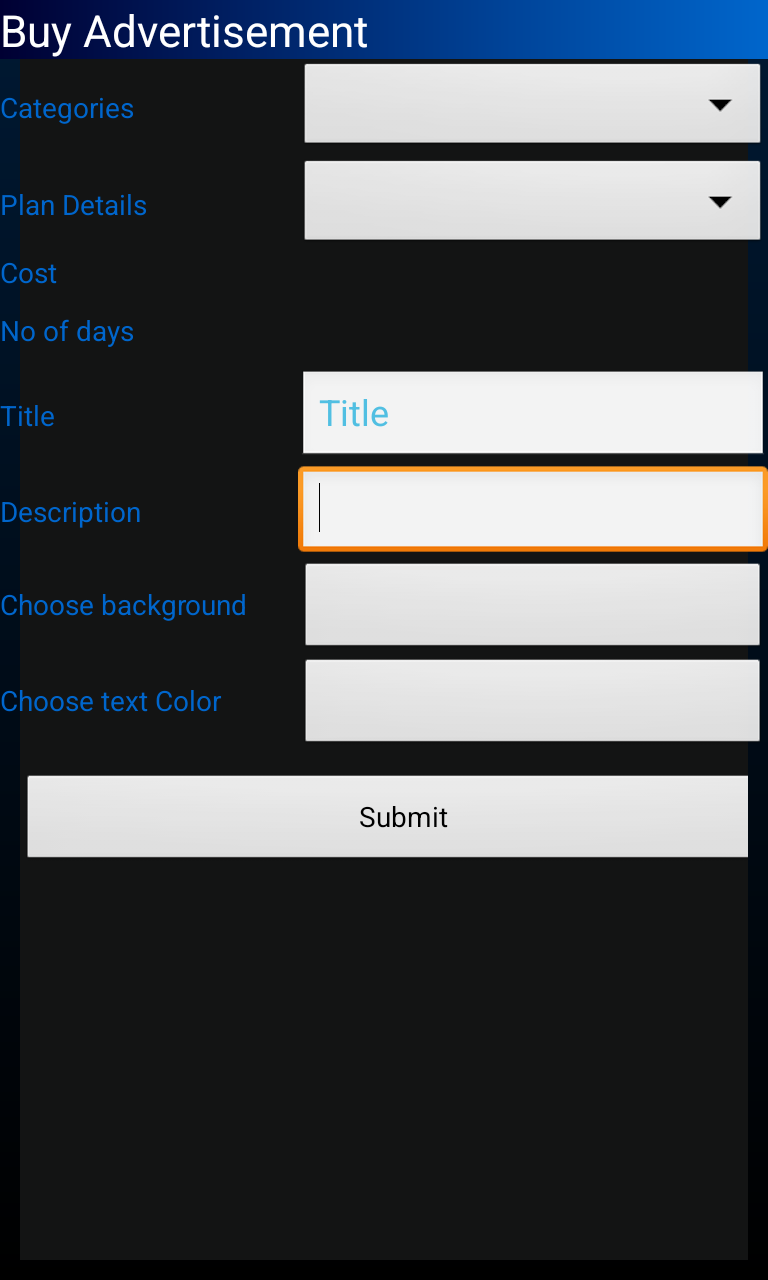
Repository: jasleen1291/B2BMobileApplication
Layout: Mobile E Commerce/B2B/res/layout/fragment_buy_advertisement.xml
The author's editor kept a copy of each file at every save. The layout is drawn from the files as they stood at one save, then again after the next save.
It is drawn on a 768 x 1280 px phone screen (xhdpi) without system bars, with theme mycustomtheme; the app's code is not run.

Above is the layout before, as saved 2013-05-26 14:34:14.

### Mobile E Commerce/B2B/res/layout/fragment_buy_advertisement.xml
<FrameLayout xmlns:android="http://schemas.android.com/apk/res/android"
    xmlns:tools="http://schemas.android.com/tools"
    android:layout_width="match_parent"
    android:layout_height="match_parent"
    tools:context=".BuyAdvertisement" >

    <!-- TODO: Update blank fragment layout -->
<ScrollView
    android:layout_width="match_parent"
    android:layout_height="match_parent">
<LinearLayout
   android:layout_width="match_parent"
    android:layout_height="wrap_content"
    android:orientation="vertical" >

    <TextView
        style="@style/titlebarstyle"
        android:layout_margin="0dp"
        android:text="@string/buy_advertisement" />

    <TableLayout
        android:layout_width="match_parent"
        android:stretchColumns="*"
        android:layout_height="wrap_content" >

        <TableRow
            android:id="@+id/tableRow1"
             android:layout_width="match_parent"
            android:layout_height="wrap_content" >

            <TextView
                android:id="@+id/textView1"
                android:layout_width="wrap_content"
                android:layout_height="wrap_content"
                android:layout_gravity="center_vertical"
                android:text="@string/categories" />

            <Spinner
                android:id="@+id/spinner1"
                android:layout_width="match_parent"
                android:layout_height="wrap_content" />
        </TableRow>

        <TableRow
            android:id="@+id/tableRow2"
            android:layout_width="match_parent"
            android:layout_height="wrap_content" >

            <TextView
                android:id="@+id/textView2"
                android:layout_width="wrap_content"
                android:layout_height="wrap_content"
                android:layout_gravity="center_vertical"
                android:text="@string/plan_details" />

            <Spinner
                android:id="@+id/spinner2"
                android:layout_width="match_parent"
                android:layout_height="wrap_content" />
        </TableRow>

        <TableRow
            android:id="@+id/tableRow3"
            android:layout_width="match_parent"
            android:layout_height="wrap_content" >

            <TextView
                android:id="@+id/textView4"
                android:layout_width="wrap_content"
                android:layout_height="wrap_content"
                android:text="@string/cost" />

            <TextView
                android:id="@+id/cost"
                android:layout_width="match_parent"
                android:layout_height="wrap_content"
                android:layout_margin="5dp"
                android:textColor="#fff"
                android:textIsSelectable="false" />

        </TableRow>

        <TableRow
            android:id="@+id/tableRow4"
             android:layout_width="match_parent"
            android:layout_height="wrap_content" >

            <TextView
                android:id="@+id/textView5"
                android:layout_width="wrap_content"
                android:layout_height="wrap_content"
                android:text="@string/days" />

            <TextView
                android:id="@+id/days"
                android:layout_width="match_parent"
                android:layout_height="wrap_content"
                android:layout_margin="5dp"
                android:textColor="#fff"
                android:textIsSelectable="false" />

        </TableRow>
         <TableRow
                android:id="@+id/tableRow5"
                android:layout_width="match_parent"
                android:layout_height="wrap_content" >

             <TextView
                 android:id="@+id/textView3"
                 android:layout_width="wrap_content"
                 android:layout_height="wrap_content"
                 android:text="@string/title" />

             <EditText
                 android:id="@+id/editText2"
                 android:layout_width="match_parent"
                 android:layout_height="wrap_content"
                 android:ems="10"
                 android:hint="@string/title" />

            </TableRow>
             <TableRow
                android:id="@+id/tableRow6"
                android:layout_width="match_parent"
                android:layout_height="wrap_content" >

                 <TextView
                     android:id="@+id/textView6"
                     android:layout_width="wrap_content"
                     android:layout_height="wrap_content"
                     android:text="@string/description" />

                 <EditText
                     android:id="@+id/editText1"
                     android:layout_width="match_parent"
                     android:layout_height="wrap_content"
                     android:ems="10"
                     android:inputType="textMultiLine" >

                     <requestFocus />
                 </EditText>

            </TableRow>
             <TableRow
                android:id="@+id/tableRow7"
                 android:layout_width="match_parent"
                android:layout_height="wrap_content" >

                 <TextView
                     android:id="@+id/textView7"
                     android:layout_width="wrap_content"
                     android:layout_height="wrap_content"
                     android:text="@string/choose_background" />

                 <Button
                     android:id="@+id/button1"
                     android:layout_width="match_parent"
                     android:layout_height="wrap_content" />

            </TableRow>

             <TableRow
                 android:id="@+id/tableRow9"
                 android:layout_width="wrap_content"
                 android:layout_height="wrap_content" >

                 <TextView
                     android:id="@+id/textView9"
                     android:layout_width="wrap_content"
                     android:layout_height="wrap_content"
                     android:text="@string/choose_text_color" />

                 <Button
                     android:id="@+id/button2"
                     android:layout_width="wrap_content"
                     android:layout_height="wrap_content" />

             </TableRow>

             <TableRow
                 android:id="@+id/tableRow8"
                 android:layout_width="match_parent"
                 android:padding="10dp"
                 android:layout_height="wrap_content" >

                 <Button
                     android:id="@+id/textView8"
                     android:layout_width="wrap_content"
                     android:layout_height="wrap_content"
                     android:layout_span="2"
                     android:text="@string/submit" />

            </TableRow>
    </TableLayout>

</LinearLayout>
</ScrollView>
<View android:layout_width="match_parent"
    android:visibility="gone"
    android:id="@+id/view"
    android:layout_height="match_parent"/>

</FrameLayout>

### Mobile E Commerce/B2B/res/values/mycustomtheme.xml
<?xml version="1.0" encoding="utf-8"?>
<resources xmlns:android="http://schemas.android.com/apk/res/android">
    <style name="mycustomtheme" parent="@android:style/Theme.NoTitleBar.Fullscreen">
        <item name="android:windowBackground">@drawable/mybg</item>
       	<item name="android:textColor">#0066cc</item>
       	<item name="android:textColorHint">#51BFE2</item>
    </style>

</resources>

### Mobile E Commerce/B2B/res/drawable/mybg.xml
<?xml version="1.0" encoding="utf-8"?>
<layer-list  xmlns:android="http://schemas.android.com/apk/res/android">
    <item>
<shape android:shape="rectangle">



        <gradient android:startColor="#001933"  android:endColor="#000" android:angle="270"/>


</shape>
</item>
<item android:left="10dp" android:top="10dp" android:right="10dp" android:bottom="10dp">

<shape android:shape="rectangle">



        <solid android:color="#131414"></solid>


</shape>
</item>
</layer-list>

### Mobile E Commerce/B2B/res/values/styles.xml
<?xml version="1.0" encoding="utf-8"?>
<resources xmlns:android="http://schemas.android.com/apk/res/android">

    <!--
        Base application theme, dependent on API level. This theme is replaced
        by AppBaseTheme from res/values-vXX/styles.xml on newer devices.

    -->
    <style name="AppBaseTheme" parent="android:Theme.Light">
        <!--
            Theme customizations available in newer API levels can go in
            res/values-vXX/styles.xml, while customizations related to
            backward-compatibility can go here.

        -->
    </style>

    <!-- Application theme. -->
    <style name="AppTheme" parent="AppBaseTheme">
        <!-- All customizations that are NOT specific to a particular API-level can go here. -->
    </style>

    <style name="LoginFormContainer">
        <item name="android:layout_width">match_parent</item>
        <item name="android:layout_height">wrap_content</item>
        <item name="android:padding">16dp</item>
    </style>
    <style name="TextViewStyle">
        <item name="android:layout_width">wrap_content</item>
        <item name="android:layout_height">wrap_content</item>
        <item name="android:gravity">right</item>
        <item name="android:textSize">14sp</item>
        <item name="android:textColor">#0066cc</item>
        <item name="android:layout_margin">5dp</item>
    </style>
	<style name="EditTextStyle">
        <item name="android:layout_width">match_parent</item>
        <item name="android:layout_height">wrap_content</item>
        <item name="android:textSize">16sp</item>
        <item name="android:textColor">#0066cc</item>

        <item name="android:layout_marginLeft">16dp</item>
        <item name="android:layout_marginRight">16dp</item>
        <item name="android:layout_marginTop">5dp</item>
        <item name="android:background">@drawable/textview_border</item>
    </style>
	<style name="SpinnerStyle">
        <item name="android:layout_width">match_parent</item>
        <item name="android:layout_height">wrap_content</item>
        <item name="android:textSize">16sp</item>
        <item name="android:textColor">#0066cc</item>

        <item name="android:layout_marginLeft">16dp</item>
        <item name="android:layout_marginRight">16dp</item>
        <item name="android:layout_marginTop">5dp</item>

    </style>
	<style name="titlebarstyle">
	    <item name="android:layout_marginBottom">10dp</item>
        <item name="android:layout_width">match_parent</item>
        <item name="android:layout_height">wrap_content</item>
        <item name="android:background">@drawable/titlebar</item>
        <item name="android:textColor">@android:color/white</item>
        <item name="android:textAppearance">?android:attr/textAppearanceLarge</item>
	</style>
	<style name="titlebarstylesmall">


        <item name="android:textColor">@android:color/white</item>

	</style>
</resources>

### Mobile E Commerce/B2B/res/values/strings.xml
<?xml version="1.0" encoding="utf-8"?>
<resources>

    <string name="app_name">B2B</string>
    <string name="action_settings">Settings</string>
    <string name="hello_world">Hello world!</string>
    <string name="Loading">Loading&#8230;&#8230;&#8230;</string>
    <string name="title_activity_sign_up">Sign Up</string>

    <string-array name="signUpAsArray">
        <item>Customer</item>
        <item>Retailer</item>
        <item>Supplier</item>
    </string-array>

    <string name="title_activity_registeration">RegisterationActivity</string>
    <string name="title_activity_customer_area">CustomerArea</string>
    <string name="welcome">Welcome</string>
    <string name="title_activity_admin_area">Admin_area</string>
    <string name="general_complaint_fragment">General Complaint</string>
    <string name="hello_blank_fragment">Hello blank fragment</string>
    <string name="general_complaint">General Complaint</string>
    <string name="respond">Respond</string>
    <string name="submit">Submit</string>
    <string name="addcategory">Parent Category</string>
    <string name="categoryhint">Category</string>
    <string name="AddParentCategory">Add super category</string>
    <string name="complaintAbout">Complaint About</string>
    <string name="complainFrom">Complaint From</string>
    <string name="itemComplaint">Complaints about Items</string>
    <string name="shopComplaint">Complaint about shop</string>
    <string name="generalNotification">General Notification</string>
    <string name="urgentNotification">Urgent Notification</string>
    <string name="title">Title</string>
    <string name="message">Message</string>
    <string name="markAll">Mark all</string>
    <string name="advertisementPricing">Advertisement Pricing</string>
    <string name="desc">Description</string>
    <string name="days">No of days</string>
    <string name="cost">Cost</string>
    <string name="size">Size of advertisement</string>
    <string name="type">Type</string>
    <string name="fine">Fine</string>
    <string name="pickCategory">Pick a Category</string>

    <string-array name="typeArray">
        <item>Retailer</item>
        <item>Supplier</item>
    </string-array>

    <string name="update">Update</string>
    <string name="delete">Delete</string>
    <string name="view_advertisement">View Advertisements</string>
    <string name="noofcategories">No of Categories</string>
    <string name="shoppricing">Shop Pricing</string>
    <string name="view_fine_pricing">View Fine Pricing</string>
    <string name="shop_pricing">Shop Pricing</string>
    <string name="subCategory">Add Sub Category</string>
    <string name="addshop">Add Shop</string>
    <string name="title_activity_pay_fine">Pay Fine</string>
    <string name="finetitle">Your account has been suspended by the admin. Pay fine to continue using this applciation.</string>
    <string name="fineabc">Your payment has been received. Your account will now be restored. Please wait few minutes</string>
    <string name="title_activity_retailer_area">Retailer_area</string>
    <string name="title_activity_first_time_login">FirstTimeLogin</string>
    <string name="EditMyCategories">Edit My Categories</string>
    <string name="addnewitem">Add New Item</string>
    <string name="itemname">Item Name</string>
    <string name="longdescription">Long Description</string>
    <string name="qtyperunit">Qty Per unit</string>
    <string name="unit_of_measurement">Unit of Measurement</string>
    <string name="shopName">Shop Name</string>
    <string name="description">Description</string>
    <string name="categoriesAllowed">No of categories allowed</string>
    <string name="itemsSelling">No of Items Selling</string>
    <string name="itemsAvailable">No of Items not Selling</string>
    <string name="expirydate">Expiry Date</string>
    <string name="paymentEmail">Payment Email</string>
    <string name="selectcategory">Select a Category</string>
    <string name="clicktochange">Click On Image To Change It</string>
    <string name="cp">C.P.</string>
    <string name="sp">S.P.</string>
    <string name="minorder">Min order</string>
    <string name="discount">Discount</string>
    <string name="qtyonorder">Qty. On Order</string>
    <string name="qtyonhand">Qty. On Hand</string>
    <string name="qty">Qty.</string>
    <string name="viewdetails">View Details</string>
    <string name="note">Long Click on Image to view expanded image</string>
    <string name="chngImg">Change Image</string>
    <string name="addWarehouse">Add Warehouse</string>
    <string name="name">Name</string>
    <string name="cancel">Cancel</string>
    <string name="itemavailabilty">Item Availabilty</string>
    <string name="batchDiscounts">Batch Discounts</string>
    <string name="clicktoupdate">Click to Update</string>
    <string name="add">Add</string>
    <string name="place_order">Place Order</string>
    <string name="Method">Method</string>
    <string name="warehouse">Warehouse</string>
    <string-array name="ordervia">
        <item >Email</item>
        <item >Phone</item>
    </string-array>
        <string name="total">Total</string>
        <string name="zero">0</string>
        <string name="totalitems">Total No of Items</string>
        <string name="date">Date</string>
        <string name="placed_by">Placed To</string>
        <string name="placed_to">Placed To</string>
        <string name="shipment_address">Shipment Address</string>
        <string name="vieworderlist">View Orders List</string>
        <string name="order_details">Order Details</string>
        <string name="update_status">Update Status</string>
        <string name="categories">Categories</string>
        <string name="plan_details">Plan Details</string>
        <string name="choose_background">Choose background</string>
        <string name="buy_advertisement">Buy Advertisement</string>
        <string name="choose_text_color">Choose text Color</string>

</resources>

### Mobile E Commerce/B2B/res/drawable/titlebar.xml
<?xml version="1.0" encoding="utf-8"?>
<shape xmlns:android="http://schemas.android.com/apk/res/android" android:shape="rectangle">
    <gradient  android:endColor="#0066CC" android:startColor="#000033"/>

</shape>

After the next save:
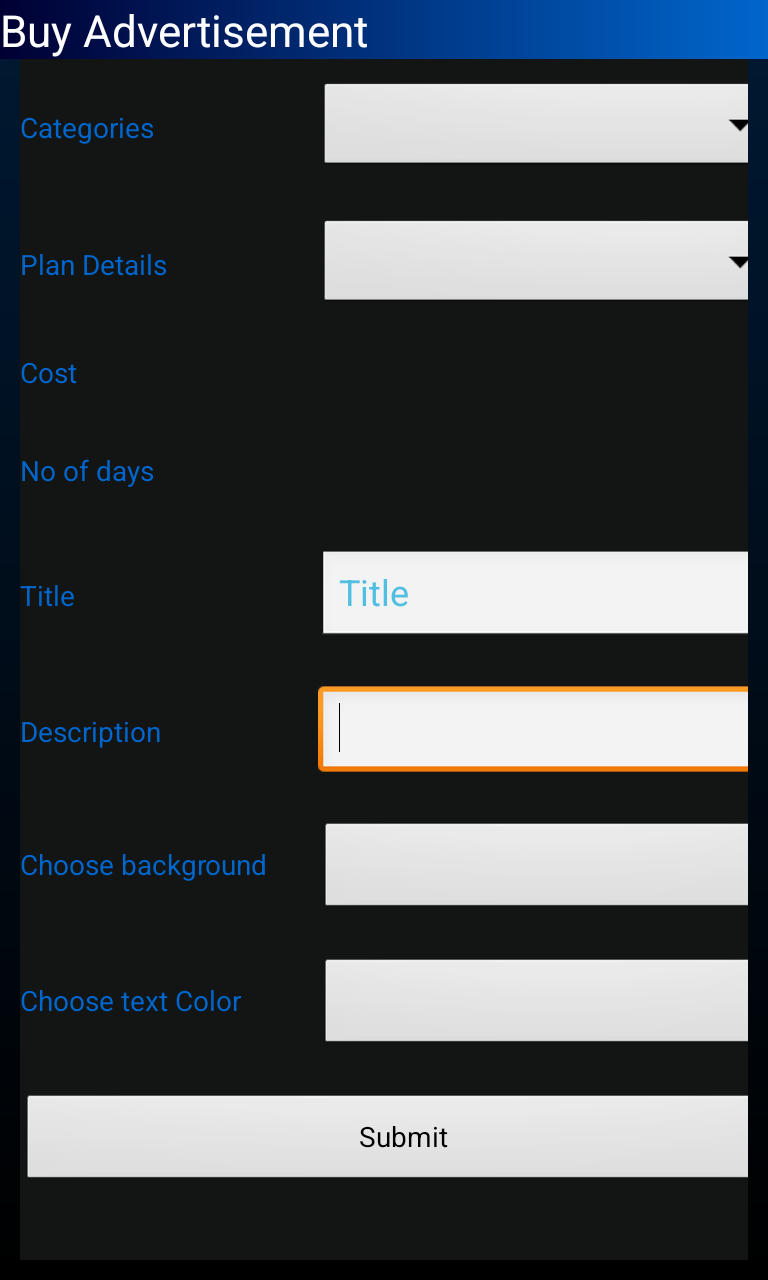
Saved 77 s later.
--- a/Mobile E Commerce/B2B/res/layout/fragment_buy_advertisement.xml
+++ b/Mobile E Commerce/B2B/res/layout/fragment_buy_advertisement.xml
@@ -24,6 +24,7 @@
         android:layout_height="wrap_content" >
 
         <TableRow
+            android:padding="10dp"
             android:id="@+id/tableRow1"
              android:layout_width="match_parent"
             android:layout_height="wrap_content" >
@@ -43,6 +44,7 @@
 
         <TableRow
             android:id="@+id/tableRow2"
+            android:padding="10dp"
             android:layout_width="match_parent"
             android:layout_height="wrap_content" >
 
@@ -61,6 +63,7 @@
 
         <TableRow
             android:id="@+id/tableRow3"
+            android:padding="10dp"
             android:layout_width="match_parent"
             android:layout_height="wrap_content" >
 
@@ -82,6 +85,7 @@
 
         <TableRow
             android:id="@+id/tableRow4"
+            android:padding="10dp"
              android:layout_width="match_parent"
             android:layout_height="wrap_content" >
 
@@ -102,6 +106,7 @@
         </TableRow>
          <TableRow
                 android:id="@+id/tableRow5"
+                android:padding="10dp"
                 android:layout_width="match_parent"
                 android:layout_height="wrap_content" >
 
@@ -122,6 +127,7 @@
              <TableRow
                 android:id="@+id/tableRow6"
                 android:layout_width="match_parent"
+                android:padding="10dp"
                 android:layout_height="wrap_content" >
 
                  <TextView
@@ -144,6 +150,7 @@
              <TableRow
                 android:id="@+id/tableRow7"
                  android:layout_width="match_parent"
+                 android:padding="10dp"
                 android:layout_height="wrap_content" >
 
                  <TextView
@@ -161,6 +168,7 @@
 
              <TableRow
                  android:id="@+id/tableRow9"
+                 android:padding="10dp"
                  android:layout_width="wrap_content"
                  android:layout_height="wrap_content" >
 
